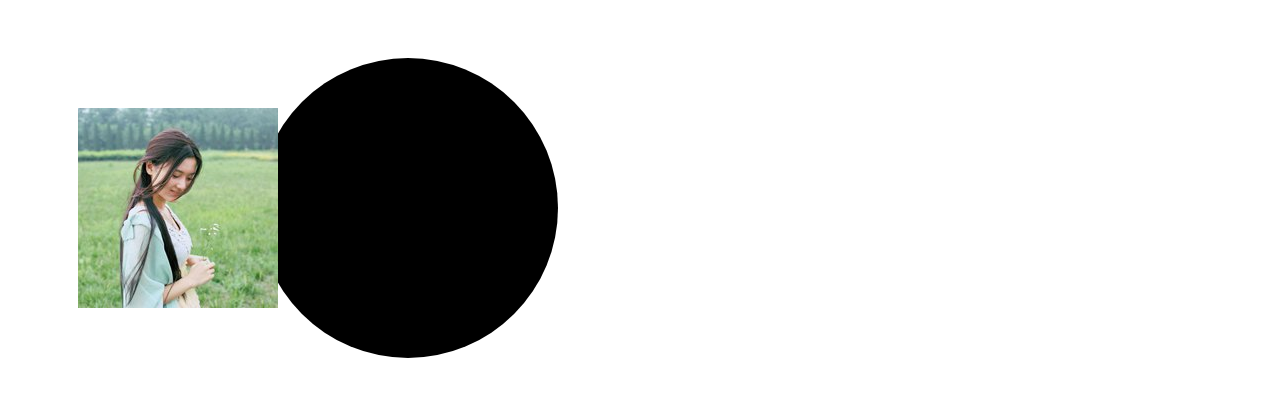
Repository: BlueLionycb/study-demo
Page: canvas-demo/src/index16.html
These files come from the project's save history. The page is drawn as it stood at one moment and after a run of saves; the edit follows.
The browser window is 1280 px wide. The pictures show the whole page.

Above is the page before, as saved 2020-01-26 23:26:52.

### canvas-demo/src/index16.html
<!DOCTYPE html>
<html lang="en">
    <head>
        <meta charset="UTF-8">
        <meta name="viewport" content="width=device-width, initial-scale=1.0">
        <meta http-equiv="X-UA-Compatible" content="ie=edge">
        <title>头像切圆</title>
    </head>
    <body>
        <canvas id="myCanvas" height="600" width="600">

        </canvas>

        <script>
        function draw(){
            let canvas=document.getElementById("myCanvas") //画布
            let ctx=canvas.getContext("2d"); //上下文，画笔

            let img= new Image()
            img.src = './img/touxiang.png'

            img.onload = function(){
                ctx.beginPath();
                ctx.arc(400,200,150,0,Math.PI*2)
                ctx.fill()
                ctx.drawImage(this,70,100)
            }
        }

        draw();

    </script>
    </body>
</html>

After the next 2 saves:
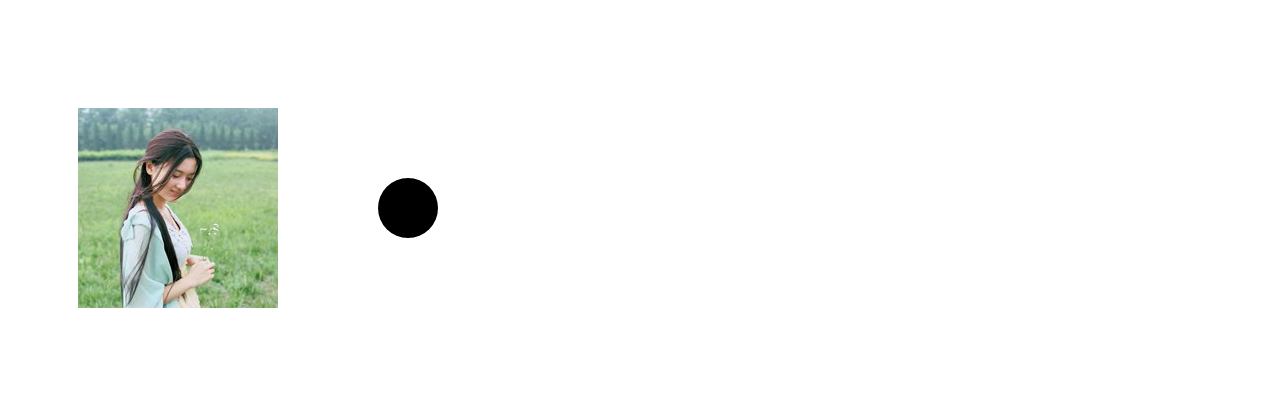
The 2 saves are shown as one change because they came seconds apart.
The last was saved 34 s later.
--- a/canvas-demo/src/index16.html
+++ b/canvas-demo/src/index16.html
@@ -21,7 +21,7 @@
 
             img.onload = function(){
                 ctx.beginPath();
-                ctx.arc(400,200,150,0,Math.PI*2)
+                ctx.arc(400,200,30,0,Math.PI*2)
                 ctx.fill()
                 ctx.drawImage(this,70,100)
             }
